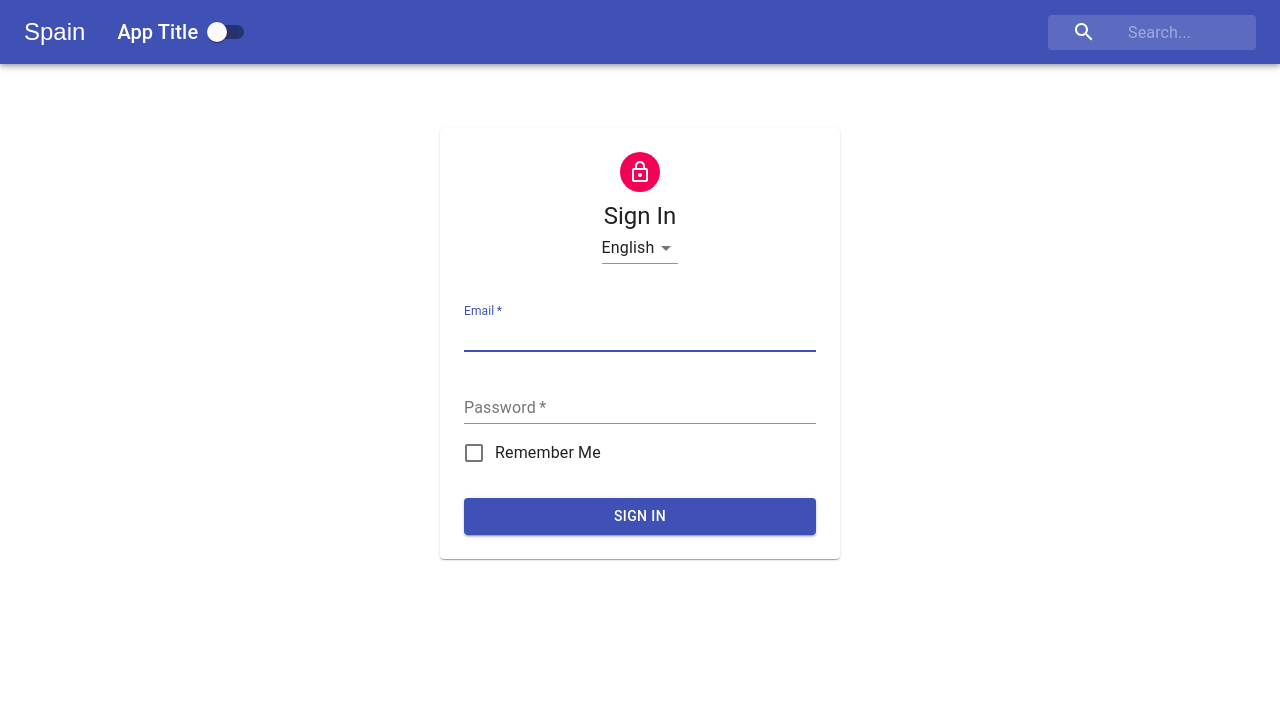
Repository: zhapar/context
Page: /
An editor plug-in stored every save of this project. The page is shown before and after the next save, followed by the edit.
The browser window is 1280 px wide. The pictures show the whole page.
The project was rebuilt for these pictures with package versions that can differ from the ones it lists, and the page was loaded fresh each time.

Above is the page before, as saved 2020-09-29 08:42:45.

After the next save:
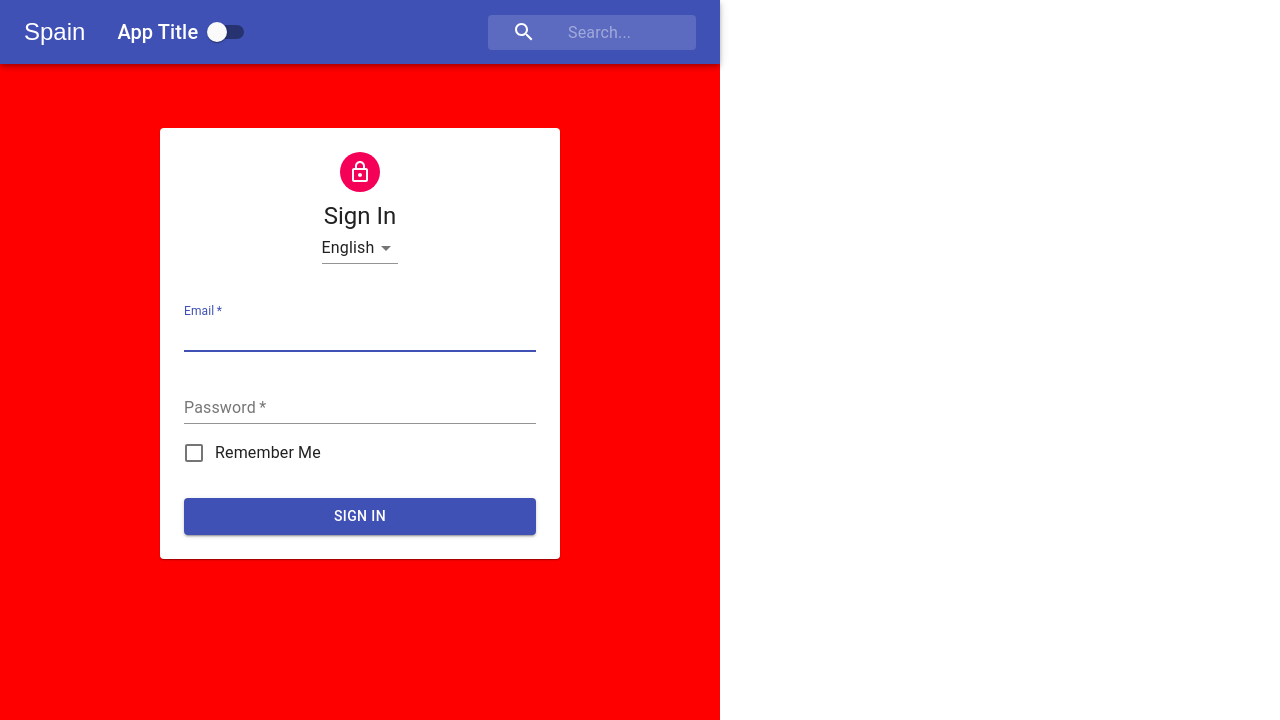
Saved 79 s later.
--- a/src/App.js
+++ b/src/App.js
@@ -1,13 +1,14 @@
 import React from "react";
 import Navbar from "./Navbar";
 import Form from "./Form";
+import PageContent from "./PageContent";
 
 function App() {
   return (
-    <>
+    <PageContent>
       <Navbar />
       <Form />
-    </>
+    </PageContent>
   );
 }
 
